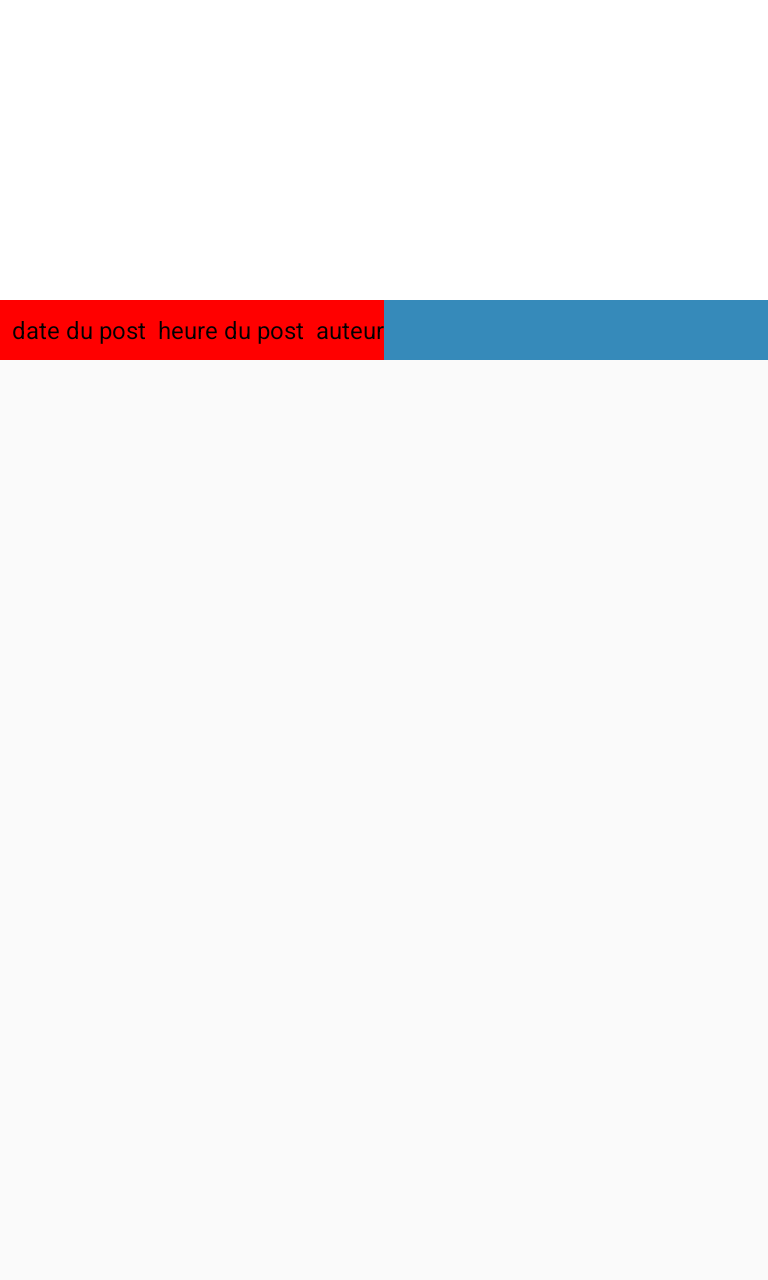
Repository: pierrealexvezinet/excusedemerde
Layout: edm/res/layout/edm_textview_layout.xml
The author's editor kept a copy of each file at every save. The layout is drawn from the files as they stood at one save, then again after the next save.
It is drawn on a 768 x 1280 px phone screen (xhdpi) without system bars, with theme Theme.AppCompat.Light; the app's code is not run.

Above is the layout before, as saved 2014-02-16 22:07:36.

After the next save:
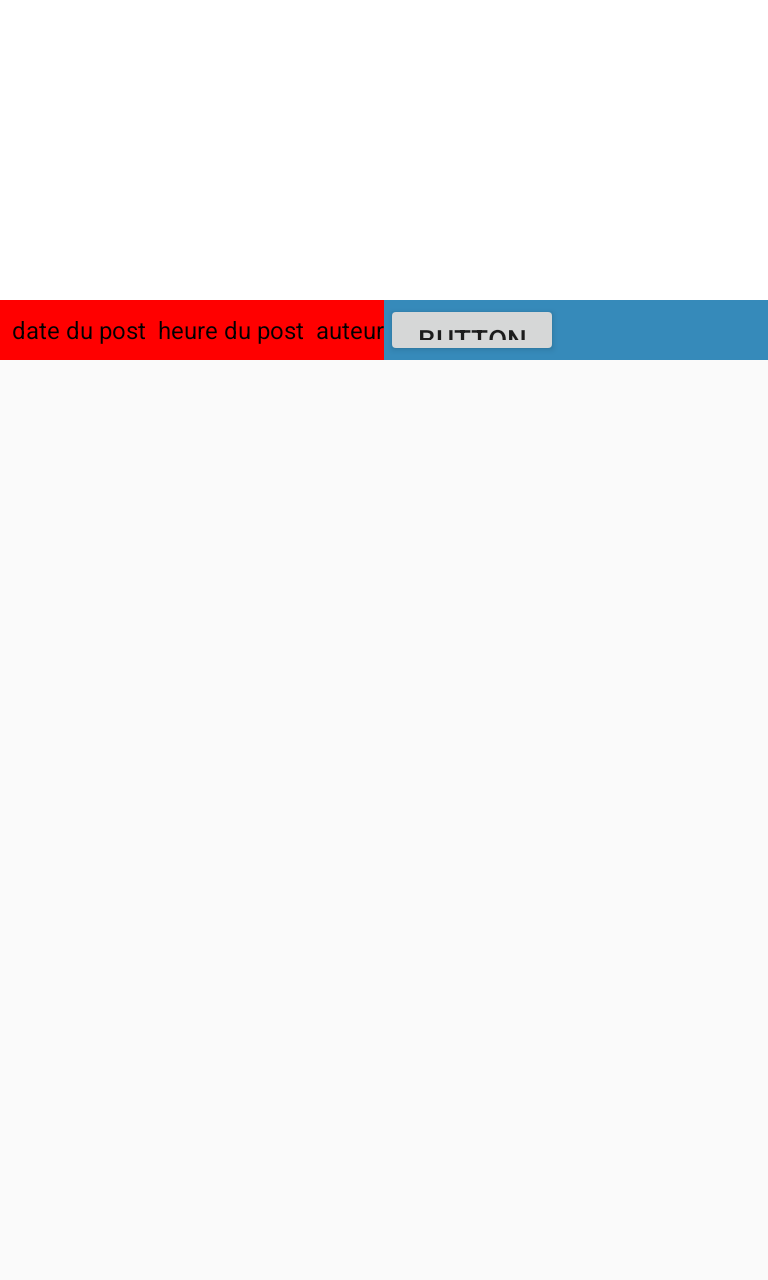
Saved 42 s later.
--- a/edm/res/layout/edm_textview_layout.xml
+++ b/edm/res/layout/edm_textview_layout.xml
@@ -79,6 +79,14 @@
             android:textAppearance="?android:attr/textAppearanceLarge"
             android:textColor="#000000"/>
 
+        <Button
+            android:id="@+id/bt_valider_edm"
+            android:layout_width="wrap_content"
+            android:layout_height="wrap_content"
+            android:layout_alignParentTop="true"
+            android:layout_toRightOf="@+id/tv_edm_post_auteur"
+            android:text="Button" />
+
         </RelativeLayout>
     </RelativeLayout>
 
